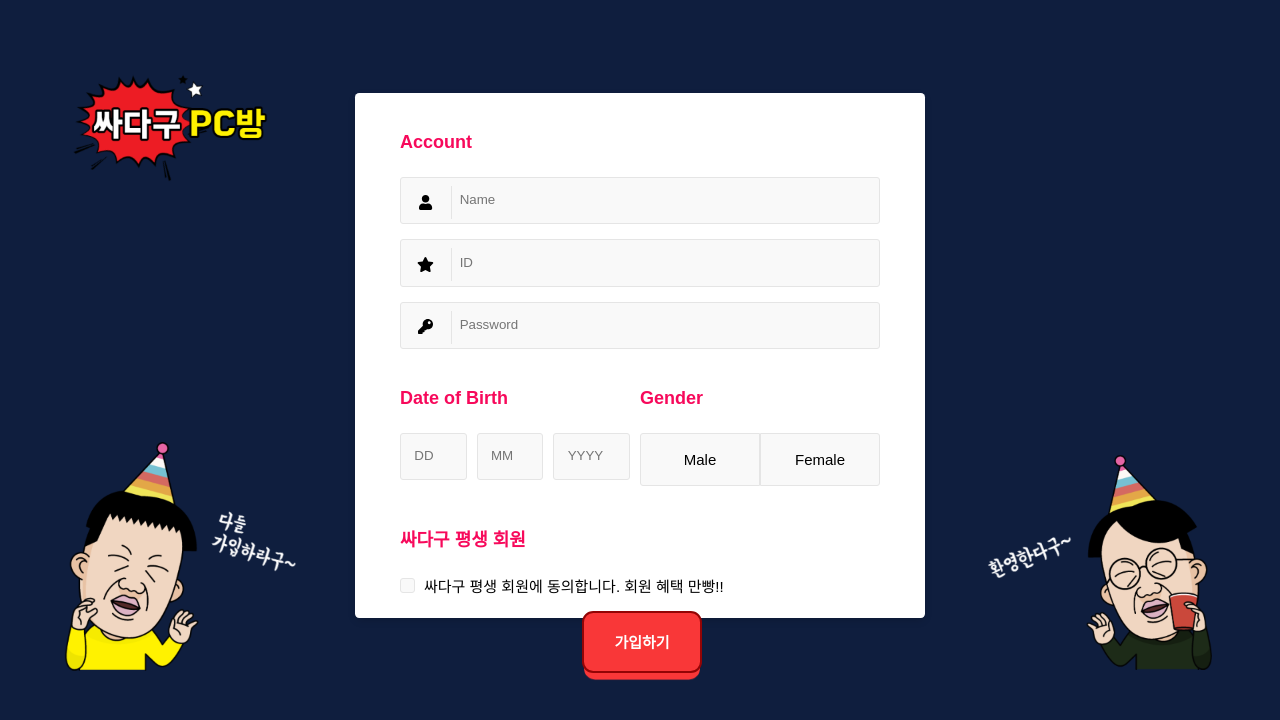
Repository: lkwoung/webProject-assignment
Page: http://localhost/CheapPC/login/join.jsp
These files come from the project's save history. The page is drawn as it stood at one moment and after the next save; the edit follows.
The browser window is 1280 px wide. The pictures show the whole page.
Some web fonts or font styles are not loaded; a fallback is used. Some web libraries are served in a nearby version. The page is served by Tomcat 9.

Above is the page before, as saved 2020-12-17 09:14:34.

After the next save:
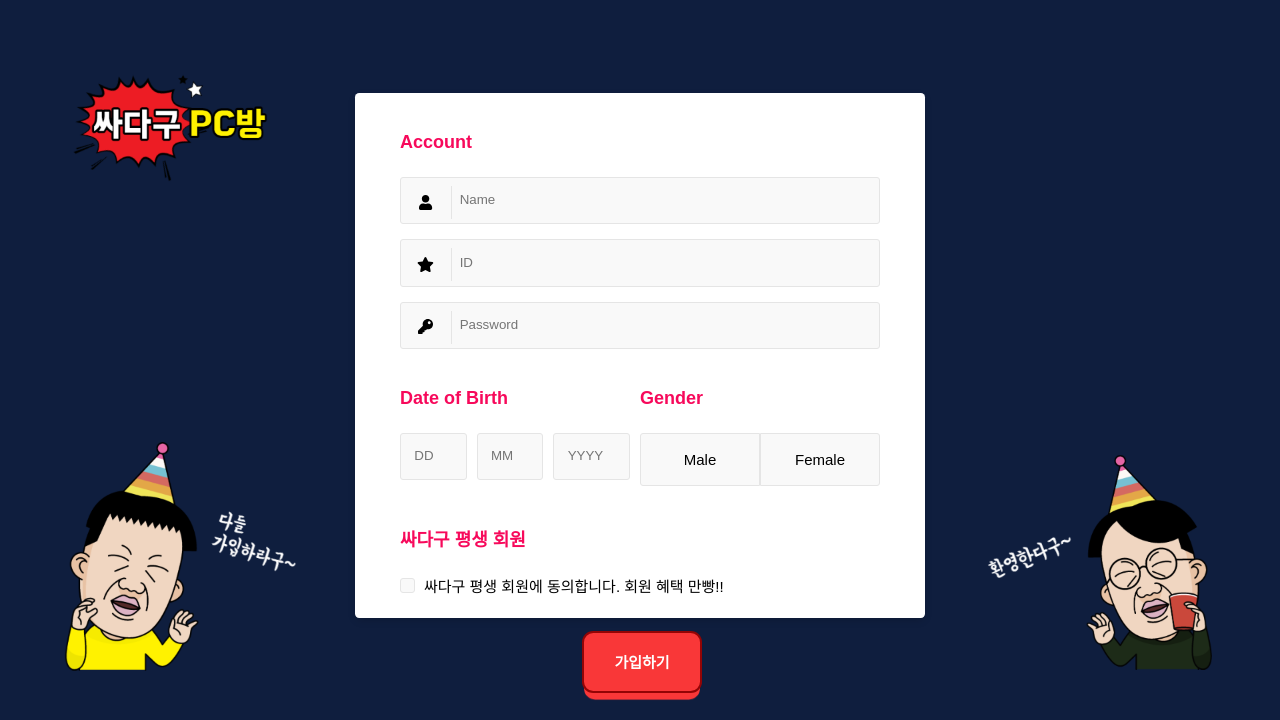
Saved 13 s later.
--- a/CheapPC/WebContent/css/join.css
+++ b/CheapPC/WebContent/css/join.css
@@ -228,7 +228,7 @@ button {
   font-size: inherit;
 }
 button.learn-more {
-  bottom:-20%;
+  margin-top:20px;
   left:38%;
   text-align: center;
   font-weight: 600;
